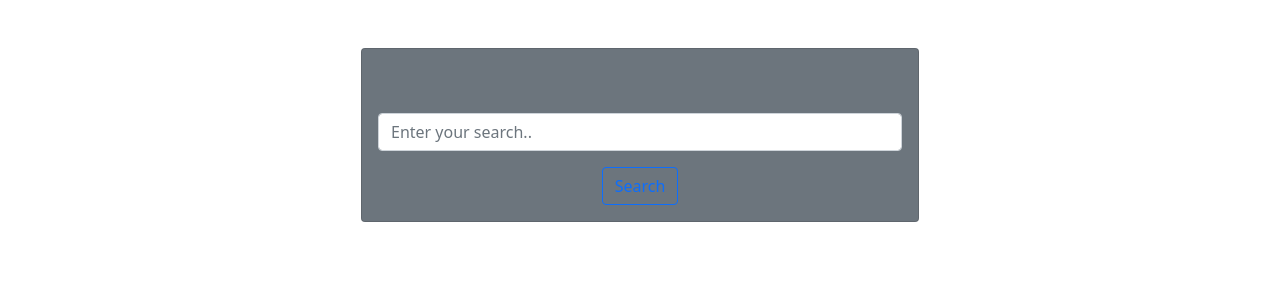
Repository: Hits-95/Spring
Page: http://localhost/SpringMVC_Search/home
An editor plug-in stored every save of this project. The page is shown before and after the next save, followed by the edit.
The browser window is 1280 px wide. The pictures show the whole page.
The page is served by Tomcat 9. Other server files are loaded and not shown.

Above is the page before, as saved 2021-04-10 07:09:07.

### SpringMVC_Search/src/main/webapp/WEB-INF/spring-servlet.xml
<?xml version="1.0" encoding="UTF-8"?>
<beans xmlns="http://www.springframework.org/schema/beans"
	xmlns:xsi="http://www.w3.org/2001/XMLSchema-instance" xmlns:context="http://www.springframework.org/schema/context"
	xmlns:p="http://www.springframework.org/schema/p" xmlns:tx="http://www.springframework.org/schema/tx"
	xsi:schemaLocation="http://www.springframework.org/schema/beans
 	http://www.springframework.org/schema/beans/spring-beans.xsd
 	http://www.springframework.org/schema/context
 	http://www.springframework.org/schema/context/spring-context.xsd
 	http://www.springframework.org/schema/tx
 	http://www.springframework.org/schema/tx/spring-tx.xsd
 	">


	<!-- enable annotation -->
	<context:component-scan base-package="SpringMVC_Search"></context:component-scan>
	<!-- this is our bean -->

	<bean
		class="org.springframework.web.servlet.view.InternalResourceViewResolver"
		name="viewResolver">

		<property name="prefix" value="/WEB-INF/views/" />
		<property name="suffix" value=".jsp" />
	</bean>



</beans>

### SpringMVC_Search/src/main/webapp/WEB-INF/views/home.jsp
<%@ page language="java" contentType="text/html; charset=ISO-8859-1"
	pageEncoding="ISO-8859-1"%>
<%@include file="link.jsp"%>
<!DOCTYPE html PUBLIC "-//W3C//DTD HTML 4.01 Transitional//EN" "http://www.w3.org/TR/html4/loose.dtd">
<html>
<head>
<meta http-equiv="Content-Type" content="text/html; charset=ISO-8859-1">
<title>Home</title>
</head>
<body>
	<div class="container">
		<div class="card mx-auto mt-5 bg-secondary" style="width: 50%;">
			<!-- <img src="..." class="card-img-top" alt="..."> -->
			<div class="card-body">
				<form class = "mt-5" action="">
					<div class="mb-3">
						<input type="text" class="form-control" id="querybox"
							name="querybox" placeholder="Enter your search..">
					</div>
					<div class="container text-center">
						<button type="button" class="btn btn-outline-primary">Search</button>
					</div>
				</form>
			</div>
		</div>
	</div>

</body>
</html>

### SpringMVC_Search/src/main/webapp/WEB-INF/views/link.jsp
<!doctype html>
<html lang="en">
  <head>
    <!-- Required meta tags -->
    <meta charset="utf-8">
    <meta name="viewport" content="width=device-width, initial-scale=1">

    <!-- Bootstrap CSS -->
    <link href="https://cdn.jsdelivr.net/npm/bootstrap@5.0.0-beta3/dist/css/bootstrap.min.css" rel="stylesheet" integrity="sha384-eOJMYsd53ii+scO/bJGFsiCZc+5NDVN2yr8+0RDqr0Ql0h+rP48ckxlpbzKgwra6" crossorigin="anonymous">


  </head>
  <body>


    <!-- Optional JavaScript; choose one of the two! -->

    <!-- Option 1: Bootstrap Bundle with Popper -->
    <script src="https://cdn.jsdelivr.net/npm/bootstrap@5.0.0-beta3/dist/js/bootstrap.bundle.min.js" integrity="sha384-JEW9xMcG8R+pH31jmWH6WWP0WintQrMb4s7ZOdauHnUtxwoG2vI5DkLtS3qm9Ekf" crossorigin="anonymous"></script>

    <!-- Option 2: Separate Popper and Bootstrap JS -->
    <!--
    <script src="https://cdn.jsdelivr.net/npm/@popperjs/core@2.9.1/dist/umd/popper.min.js" integrity="sha384-SR1sx49pcuLnqZUnnPwx6FCym0wLsk5JZuNx2bPPENzswTNFaQU1RDvt3wT4gWFG" crossorigin="anonymous"></script>
    <script src="https://cdn.jsdelivr.net/npm/bootstrap@5.0.0-beta3/dist/js/bootstrap.min.js" integrity="sha384-j0CNLUeiqtyaRmlzUHCPZ+Gy5fQu0dQ6eZ/xAww941Ai1SxSY+0EQqNXNE6DZiVc" crossorigin="anonymous"></script>
    -->
  </body>
</html>

### SpringMVC_Search/src/main/java/SpringMVC_Search/SearchController.java
package SpringMVC_Search;

import org.springframework.stereotype.Controller;
import org.springframework.web.bind.annotation.RequestMapping;

@Controller
public class SearchController {

	@RequestMapping("/home")
	public String home(){

		System.out.println("home was called...");
		return"home";
	}
}

After the next save:
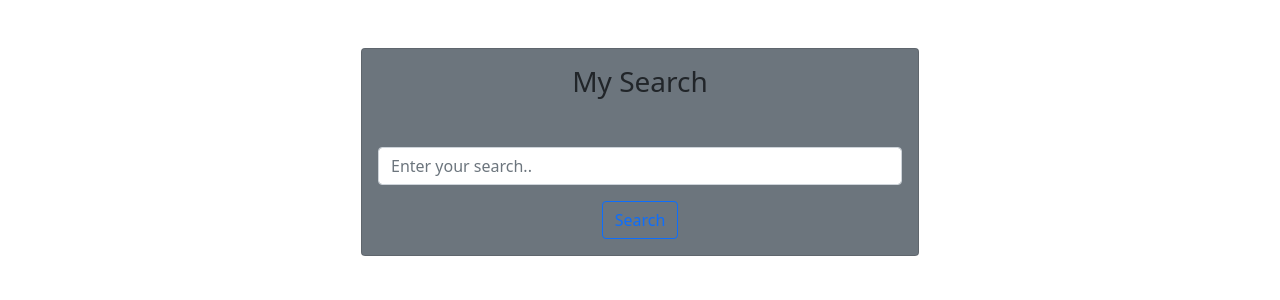
Saved 51 s later.
--- a/SpringMVC_Search/src/main/webapp/WEB-INF/views/home.jsp
+++ b/SpringMVC_Search/src/main/webapp/WEB-INF/views/home.jsp
@@ -12,6 +12,7 @@
 		<div class="card mx-auto mt-5 bg-secondary" style="width: 50%;">
 			<!-- <img src="..." class="card-img-top" alt="..."> -->
 			<div class="card-body">
+			<h3 class = "text-center">My Search</h3>
 				<form class = "mt-5" action="">
 					<div class="mb-3">
 						<input type="text" class="form-control" id="querybox"
